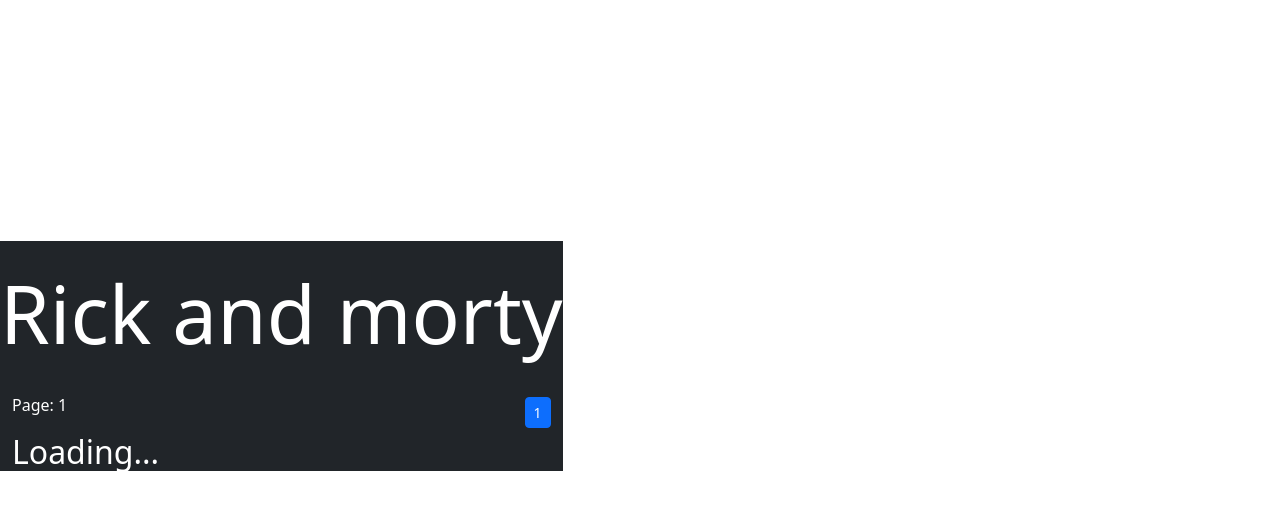
Repository: Ellisvelandia/react-rick-and-morty
Page: /
The author's editor kept a copy of each file at every save. The page is drawn from the files as they stood at one save, then again after a run of saves.
The browser window is 1280 px wide. The pictures show the whole page.
The page's requests for data from a server got no answer. The project was rebuilt for these pictures with package versions that can differ from the ones it lists, and the page was loaded fresh each time. No one was signed in, and anything a server would have sent is missing. Also part of the build but not shown: vite.config.js, src/components/Character.jsx.

Above is the page before, as saved 2022-09-08 17:26:08.

After the next 2 saves:
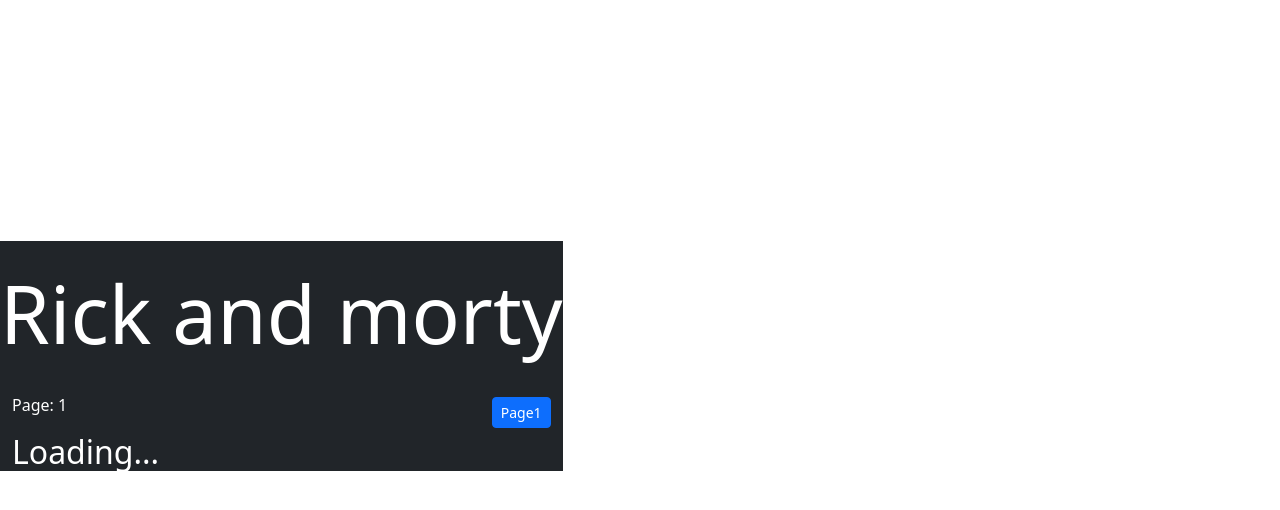
The 2 saves are shown as one change because they came seconds apart.
The last was saved 51 s later.
--- a/src/components/CharacterList.jsx
+++ b/src/components/CharacterList.jsx
@@ -9,7 +9,7 @@
         className="btn btn-primary btn-sm"
         onClick={() => props.setPage(props.page + 1)}
       >
-        {props.page}
+       Page{props.page}
       </button>
     </header>
   );
